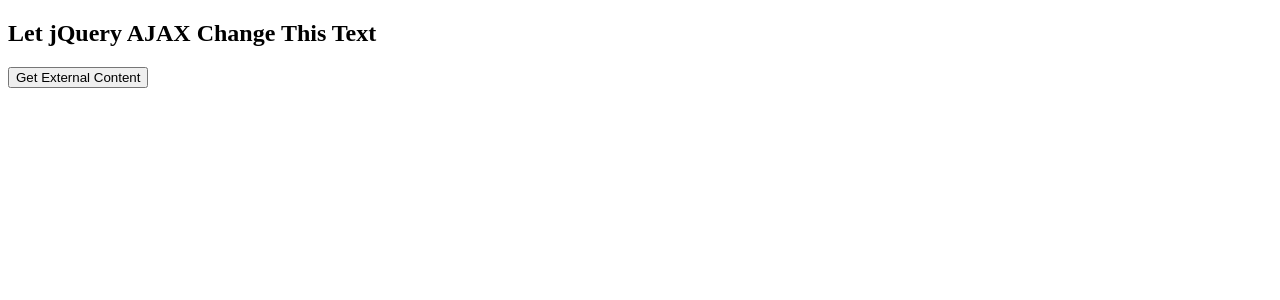
Repository: VertigoK/TH_MES
Page: http://localhost/TH_MES_TEAM_A/
An editor plug-in stored every save of this project. The page is shown before and after the next save, followed by the edit.
The browser window is 1280 px wide. The pictures show the whole page.
The page is served by Tomcat 9.

Above is the page before, as saved 2021-09-15 07:03:37.

After the next save:
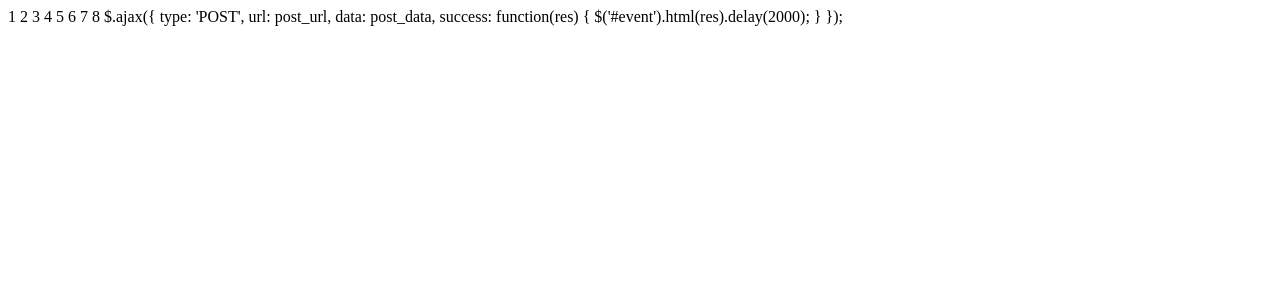
Saved 3 min 33 s later.
--- a/Main/TH_MES_TEAM_A/WebContent/index.jsp
+++ b/Main/TH_MES_TEAM_A/WebContent/index.jsp
@@ -1,23 +1,18 @@
 <%@ page language="java" contentType="text/html; charset=UTF-8" pageEncoding="UTF-8"%>
-<!DOCTYPE html>
-<html>
-<head>
-<script src="https://ajax.googleapis.com/ajax/libs/jquery/3.5.1/jquery.min.js"></script>
-<script>
-$(document).ready(function(){
-  $("button").click(function(){
-    $.ajax({url: "demo_test.txt", success: function(result){
-      $("#div1").html(result);
-    }});
-  });
+
+1
+2
+3
+4
+5
+6
+7
+8
+$.ajax({
+type: 'POST',
+    url: post_url,
+    data: post_data,
+    success: function(res) {
+            $('#event').html(res).delay(2000);
+    }
 });
-</script>
-</head>
-<body>
-
-<div id="div1"><h2>Let jQuery AJAX Change This Text</h2></div>
-
-<button>Get External Content</button>
-
-</body>
-</html>

After the save that followed:
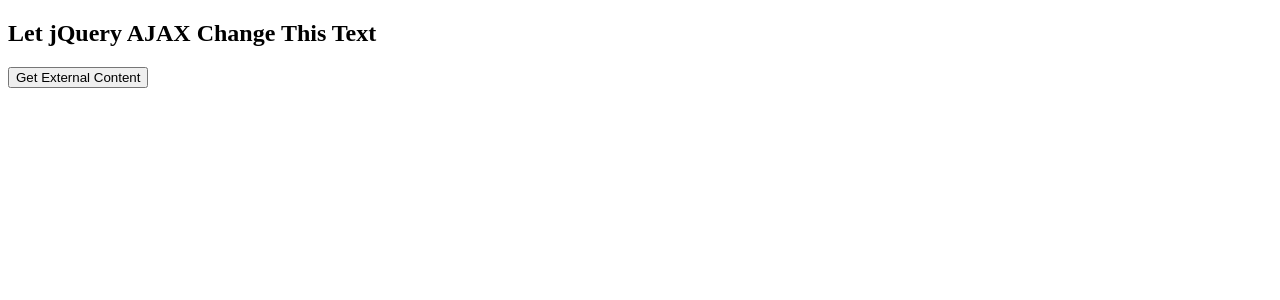
Saved 6 min 4 s later.
--- a/Main/TH_MES_TEAM_A/WebContent/index.jsp
+++ b/Main/TH_MES_TEAM_A/WebContent/index.jsp
@@ -1,18 +1,20 @@
 <%@ page language="java" contentType="text/html; charset=UTF-8" pageEncoding="UTF-8"%>
-
-1
-2
-3
-4
-5
-6
-7
-8
-$.ajax({
-type: 'POST',
-    url: post_url,
-    data: post_data,
-    success: function(res) {
-            $('#event').html(res).delay(2000);
-    }
+<!DOCTYPE html>
+<html>
+<head>
+<script src="https://ajax.googleapis.com/ajax/libs/jquery/3.5.1/jquery.min.js"></script>
+<script>
+$(document).ready(function(){
+  $("button").click(function(){
+    $.ajax({url: "demo_test.txt", success: function(result){
+      $("#div1").html(result);
+    }});
+  });
 });
+</script>
+</head>
+<body>
+	<div id="div1"><h2>Let jQuery AJAX Change This Text</h2></div>
+	<button>Get External Content</button>
+</body>
+</html>
